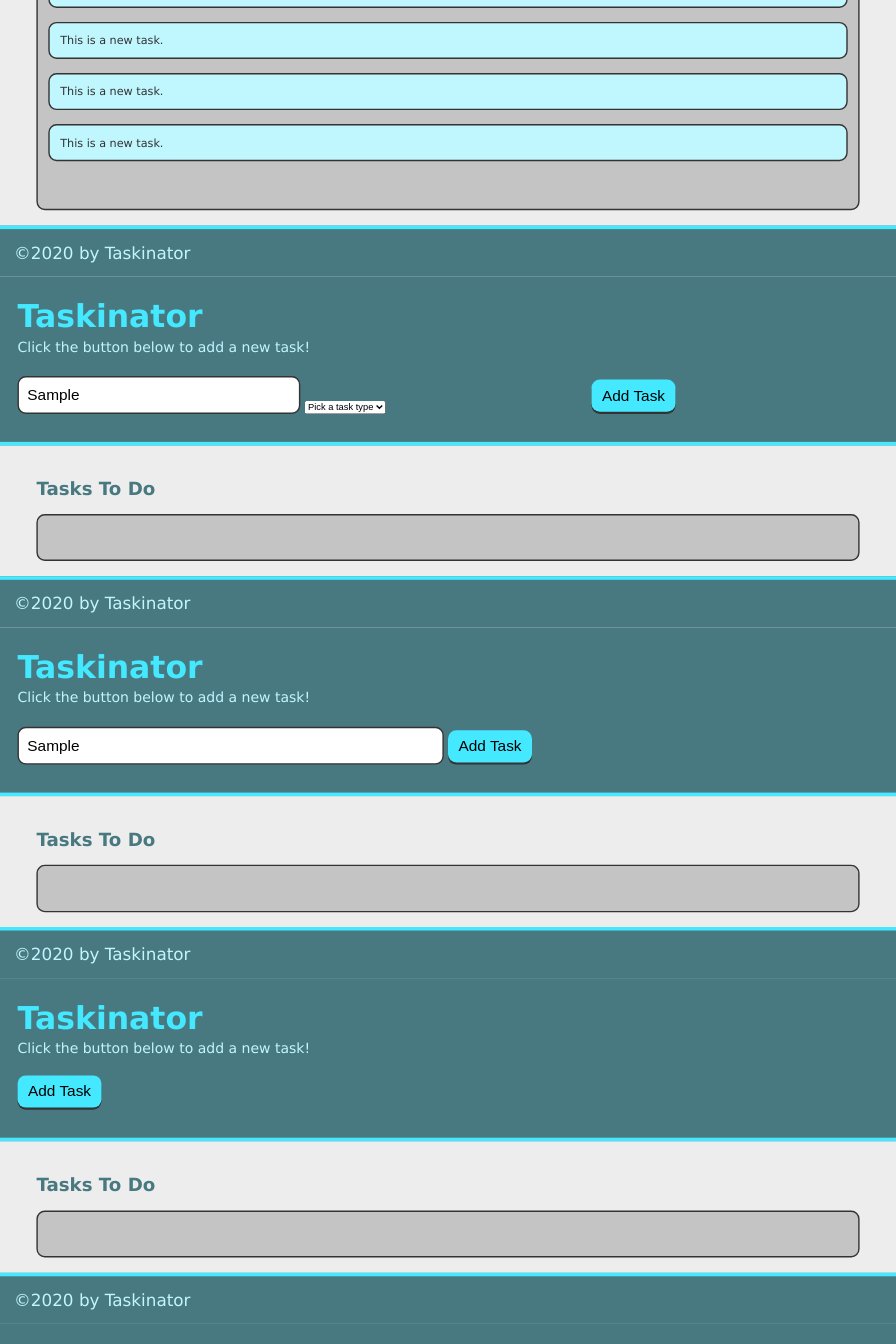
Repository: stuart-rickard/taskinator
Page: index.html
An editor plug-in stored every save of this project. The page is shown before and after the next save, followed by the edit.
The browser window is 1280 px wide. The pictures show the part of the page from y = 836 to 2756 px (the page is 3273 px tall before and 3638 px after), at 70% of full size.
Empty fields were first filled with sample values (such as "Sample", 5 or name@example.com).
After loading, the first visible `#task-form` was submitted once.

Above is the page before, as saved 2021-11-17 00:35:47.

### index.html
<!DOCTYPE html>
<html lang="en">
<head>
    <meta charset="UTF-8">
    <meta http-equiv="X-UA-Compatible" content="IE=edge">
    <meta name="viewport" content="width=device-width, initial-scale=1.0">
    <title>Taskinator</title>
    <link rel="stylesheet" href="./assets/css/style.css">
</head>
<body>
    <header>
        <h1 class="page-title">Taskinator</h1>
        <p>Click the button below to add a new task!</p>
        <form id="task-form">
            <div class="form-group">
                <input type="text" name="task-name" placeholder="Enter Task Name" />
            </div>
            <div class="form-group">
                <select name="task-type" class="select-dropdown">
                  <option value="" disabled selected>Pick a task type</option>
                  <option value="Print">Print</option>
                  <option value="Web">Web</option>
                  <option value="Mobile">Mobile</option>
                </select>
            </div>
            <div class="form-group">
                <button class="btn" id="save-task" type="submit">Add Task</button>
            </div>
        </form>
    </header>
    <main class="page-content">
        <section class="task-list-wrapper">
          <h2 class="list-title">Tasks To Do</h2>
          <ul class="task-list" id="tasks-to-do">

          </ul>
        </section>
    </main>
    <footer>
        &copy;2020 by Taskinator
    </footer>

    <script src="./assets/js/script.js"></script>
</body>
</html>
<!DOCTYPE html>
<html lang="en">
<head>
    <meta charset="UTF-8">
    <meta http-equiv="X-UA-Compatible" content="IE=edge">
    <meta name="viewport" content="width=device-width, initial-scale=1.0">
    <title>Taskinator</title>
    <link rel="stylesheet" href="./assets/css/style.css">
</head>
<body>
    <header>
        <h1 class="page-title">Taskinator</h1>
        <p>Click the button below to add a new task!</p>
        <form id="task-form">
            <div class="form-group">
                <input type="text" name="task-name" placeholder="Enter Task Name" />
            </div>
            <div class="form-group">
                <select name="task-type">
                  <option value="" disabled selected>Pick a task type</option>
                  <option value="Print">Print</option>
                  <option value="Web">Web</option>
                  <option value="Mobile">Mobile</option>
                </select>
            </div>
            <div class="form-group">
                <button class="btn" id="save-task" type="submit">Add Task</button>
            </div>
        </form>
    </header>
    <main class="page-content">
        <section class="task-list-wrapper">
          <h2 class="list-title">Tasks To Do</h2>
          <ul class="task-list" id="tasks-to-do">

          </ul>
        </section>
    </main>
    <footer>
        &copy;2020 by Taskinator
    </footer>

    <script src="./assets/js/script.js"></script>
</body>
</html>
<!DOCTYPE html>
<html lang="en">
<head>
    <meta charset="UTF-8">
    <meta http-equiv="X-UA-Compatible" content="IE=edge">
    <meta name="viewport" content="width=device-width, initial-scale=1.0">
    <title>Taskinator</title>
    <link rel="stylesheet" href="./assets/css/style.css">
</head>
<body>
    <header>
        <h1 class="page-title">Taskinator</h1>
        <p>Click the button below to add a new task!</p>
        <form id="task-form">
            <div class="form-group">
                <input type="text" name="task-name" placeholder="Enter Task Name" />
            </div>
            <div class="form-group">
                <button class="btn" id="save-task" type="submit">Add Task</button>
            </div>
        </form>
    </header>
    <main class="page-content">
        <section class="task-list-wrapper">
          <h2 class="list-title">Tasks To Do</h2>
          <ul class="task-list" id="tasks-to-do">

          </ul>
        </section>
    </main>
    <footer>
        &copy;2020 by Taskinator
    </footer>

    <script src="./assets/js/script.js"></script>
</body>
</html>
<!DOCTYPE html>
<html lang="en">
<head>
    <meta charset="UTF-8">
    <meta http-equiv="X-UA-Compatible" content="IE=edge">
    <meta name="viewport" content="width=device-width, initial-scale=1.0">
    <title>Taskinator</title>
    <link rel="stylesheet" href="./assets/css/style.css">
</head>
<body>
    <header>
        <h1 class="page-title">Taskinator</h1>
        <p>Click the button below to add a new task!</p>
        <form id="task-form">
            <div class="form-group">
                <button class="btn" id="save-task" type="submit">Add Task</button>
            </div>
        </form>
    </header>
    <main class="page-content">
        <section class="task-list-wrapper">
          <h2 class="list-title">Tasks To Do</h2>
          <ul class="task-list" id="tasks-to-do">

          </ul>
        </section>
    </main>
    <footer>
        &copy;2020 by Taskinator
    </footer>

    <script src="./assets/js/script.js"></script>
</body>
</html>
<!DOCTYPE html>
<html lang="en">
<head>
    <meta charset="UTF-8">
    <meta http-equiv="X-UA-Compatible" content="IE=edge">
    <meta name="viewport" content="width=device-width, initial-scale=1.0">
    <title>Taskinator</title>
    <link rel="stylesheet" href="./assets/css/style.css">
</head>
<body>
    <header>
        <h1 class="page-title">Taskinator</h1>
        <p>Click the button below to add a new task!</p>
        <button class="btn" id="save-task" >Add Task</button>
    </header>
    <main class="page-content">
        <section class="task-list-wrapper">
          <h2 class="list-title">Tasks To Do</h2>
          <ul class="task-list" id="tasks-to-do">
            <li class="task-item">A task is going to be added soon!</li>
          </ul>
        </section>
    </main>
    <footer>
        &copy;2020 by Taskinator
    </footer>

    <script src="./assets/js/script.js"></script>
</body>
</html>

### assets/css/style.css
* {
  box-sizing: border-box;
}

:root {
  --primary: #44e9ff;
  --secondary: #497980;
  --tertiary: rgb(192, 246, 253);
  --grey: #333;
  font-size: 62.5%;
}

body {
  background: #ededed;
  color: var(--grey);
  margin: 0;
  padding: 0;
  display: flex;
  min-height: 100vh;
  flex-direction: column;
  font-family: Verdana, Geneva, Tahoma, sans-serif;
}

header {
  background: var(--secondary);
  padding: 30px 25px;
  border-bottom: 5px solid var(--primary);
}

header p {
  color: var(--tertiary);
  margin: 5px 0 20px;
  font-size: 2rem;
}

p,
li {
  font-size: 1.6rem;
}

form {
  display: flex;
  align-items: flex-end;
  flex-wrap: wrap;
}

form input {
  outline: none;
  border: none;
  padding: 12px;
  width: 100%;
  font-size: 2.2rem;
  border: 2px solid var(--grey);
  border-radius: 12px;
}

form .form-group {
  margin: 10px 6px 10px 0;
  flex: 1;
}

footer {
  width: 100%;
  background: var(--secondary);
  color: var(--tertiary);
  font-size: 2.4rem;
  padding: 20px;
  border-top: 5px solid var(--primary);
}

.page-title {
  color: var(--primary);
  margin-bottom: 5px;
  margin-top: 0;
  font-size: 4.5rem;
}

.page-content {
  flex: 1;
  display: flex;
  flex-wrap: wrap;
  justify-content: center;
  margin: 25px auto;
  width: 95%;
}

.task-list-wrapper {
  flex: 1;
  margin: 0 20px 20px;
}

.list-title {
  color: var(--secondary);
  font-size: 2.6rem;
}

.task-list {
  list-style: none;
  padding: 15px;
  height: calc(100% - 50px);
  background: rgb(196, 196, 196);
  border-radius: 12px;
  border: 2px solid var(--grey);
}

.task-item {
  color: var(--grey);
  padding: 15px 15px;
  border: 2px solid var(--grey);
  background: var(--tertiary);
  border-radius: 12px;
  margin-bottom: 20px;
}

.task-name {
  margin: 0;
  font-size: 1.8rem;
}

.task-type {
  color: var(--secondary);
  font-size: 1.55rem;
}
.task-actions {
  display: flex;
  flex-wrap: wrap;
  align-items: center;
  margin: 10px 0 5px 0;
  justify-content: space-between;
}

.task-actions button,
.task-actions select {
  flex: 1;
}

.btn {
  outline: none;
  border: none;
  display: inline-block;
  padding: 10px 15px;
  background: var(--primary);
  font-size: 2.2rem;
  border-radius: 12px;
  position: relative;
  top: -3px;
  box-shadow: 0 3px var(--grey);
}

.btn:hover {
  box-shadow: 0 2px var(--grey);
  top: -2px;
}
.btn:active {
  box-shadow: 0 0px var(--grey);
  top: 0;
}

.edit-btn,
.delete-btn {
  font-size: 1.4rem;
  padding: 5px 7px;
  margin: 3px;
  background: var(--secondary);
  color: #fff;
}

.select-dropdown,
.select-status {
  display: block;
  font-size: 2.2rem;
  color: #444;
  padding: 12px;
  width: 100%;
  max-width: 100%;
  margin: 0;
  border: 2px solid var(--grey);
  border-radius: 12px;
  -moz-appearance: none;
  -webkit-appearance: none;
  appearance: none;
  background-color: #fff;
  background-image: url("../images/select-arrow.svg");
  background-repeat: no-repeat, repeat;
  background-position: right 0.7em top 50%, 0 0;
  background-size: 0.65em auto, 100%;
}

.select-status {
  font-size: 1.4rem;
  padding: 4px 28px 4px 4px;
  width: auto;
}

.select-dropdown::-ms-expand,
.select-status::-ms-expand {
  display: none;
}

.select-dropdown:hover,
.select-status:hover {
  border-color: #888;
}

.select-dropdown:focus,
.select-status:focus {
  border-color: #aaa;
  box-shadow: 0 0 1px 3px rgba(59, 153, 252, 0.7);
  box-shadow: 0 0 0 3px -moz-mac-focusring;
  color: #222;
  outline: none;
}
.select-dropdown option,
.select-status option {
  font-weight: normal;
  font-size: 2rem;
}

@media screen and (max-width: 980px) {
  form .form-group {
    flex: 1 100%;
  }

  form .form-group button {
    width: 100%;
  }

  .task-list-wrapper {
    flex-basis: 100%;
  }

}

### assets/js/script.js
var formEl = document.querySelector("#task-form");
var tasksToDoEl = document.querySelector("#tasks-to-do");

var createTaskHandler = function() {

    event.preventDefault();

    var listItemEl = document.createElement("li");
    listItemEl.className = "task-item";
    listItemEl.textContent = "This is a new task.";
    tasksToDoEl.appendChild(listItemEl);
  }

  formEl.addEventListener("submit", createTaskHandler);
var formEl = document.querySelector("#task-form");
var tasksToDoEl = document.querySelector("#tasks-to-do");

var createTaskHandler = function() {
    var listItemEl = document.createElement("li");
    listItemEl.className = "task-item";
    listItemEl.textContent = "This is a new task.";
    tasksToDoEl.appendChild(listItemEl);
  }

  formEl.addEventListener("submit", createTaskHandler);
var buttonEl = document.querySelector("#save-task");
var tasksToDoEl = document.querySelector("#tasks-to-do");

var createTaskHandler = function() {
    var listItemEl = document.createElement("li");
    listItemEl.className = "task-item";
    listItemEl.textContent = "This is a new task.";
    tasksToDoEl.appendChild(listItemEl);
  }

buttonEl.addEventListener("click", createTaskHandler);

After the next save:
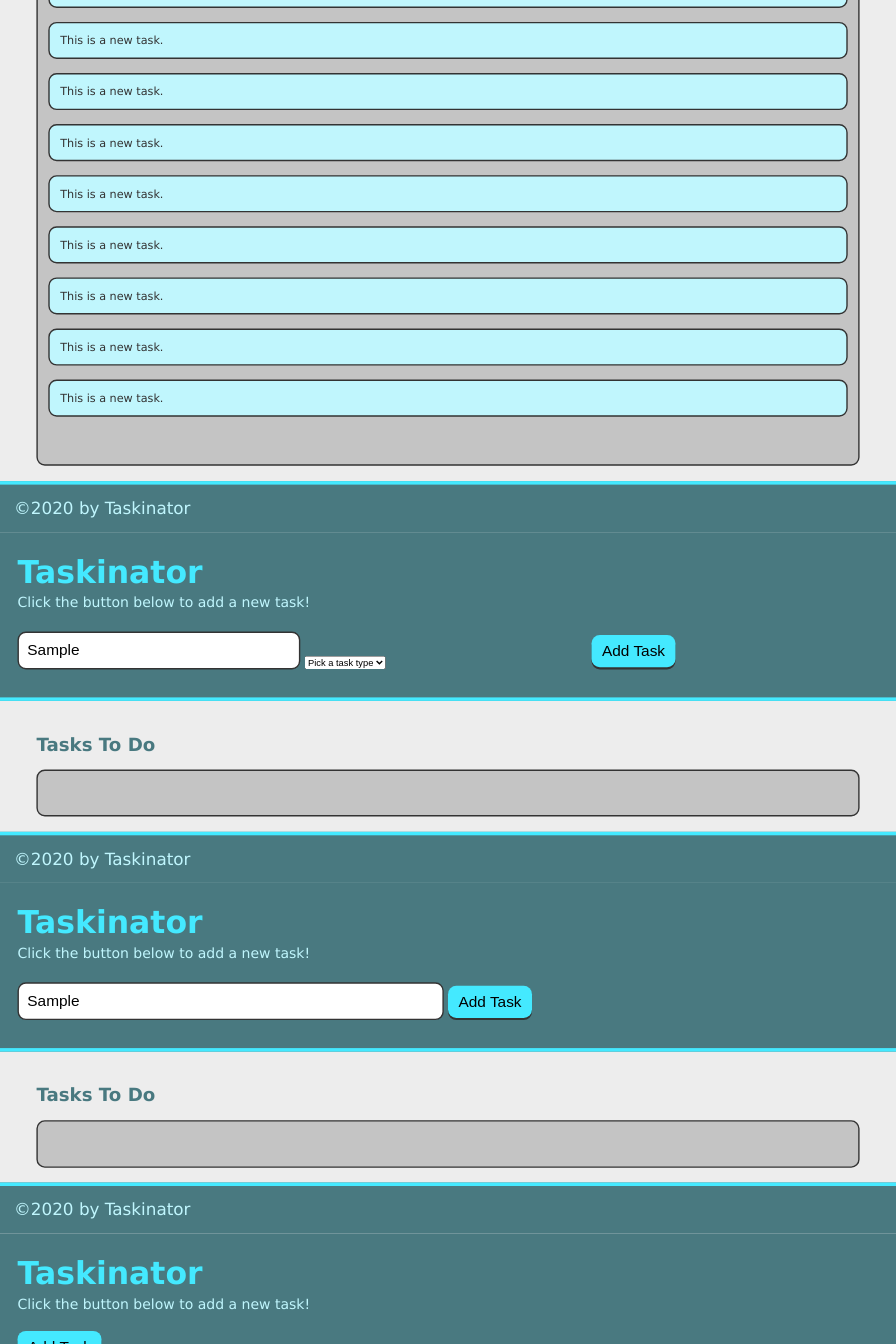
Saved 4 min 7 s later.
--- a/assets/js/script.js
+++ b/assets/js/script.js
@@ -1,3 +1,18 @@
+var formEl = document.querySelector("#task-form");
+var tasksToDoEl = document.querySelector("#tasks-to-do");
+
+var createTaskHandler = function() {
+
+    event.preventDefault();
+
+    var listItemEl = document.createElement("li");
+    listItemEl.className = "task-item";
+    listItemEl.textContent = "This is a new task.";
+    tasksToDoEl.appendChild(listItemEl);
+    console.log();
+  }
+
+  formEl.addEventListener("submit", createTaskHandler);
 var formEl = document.querySelector("#task-form");
 var tasksToDoEl = document.querySelector("#tasks-to-do");
 
